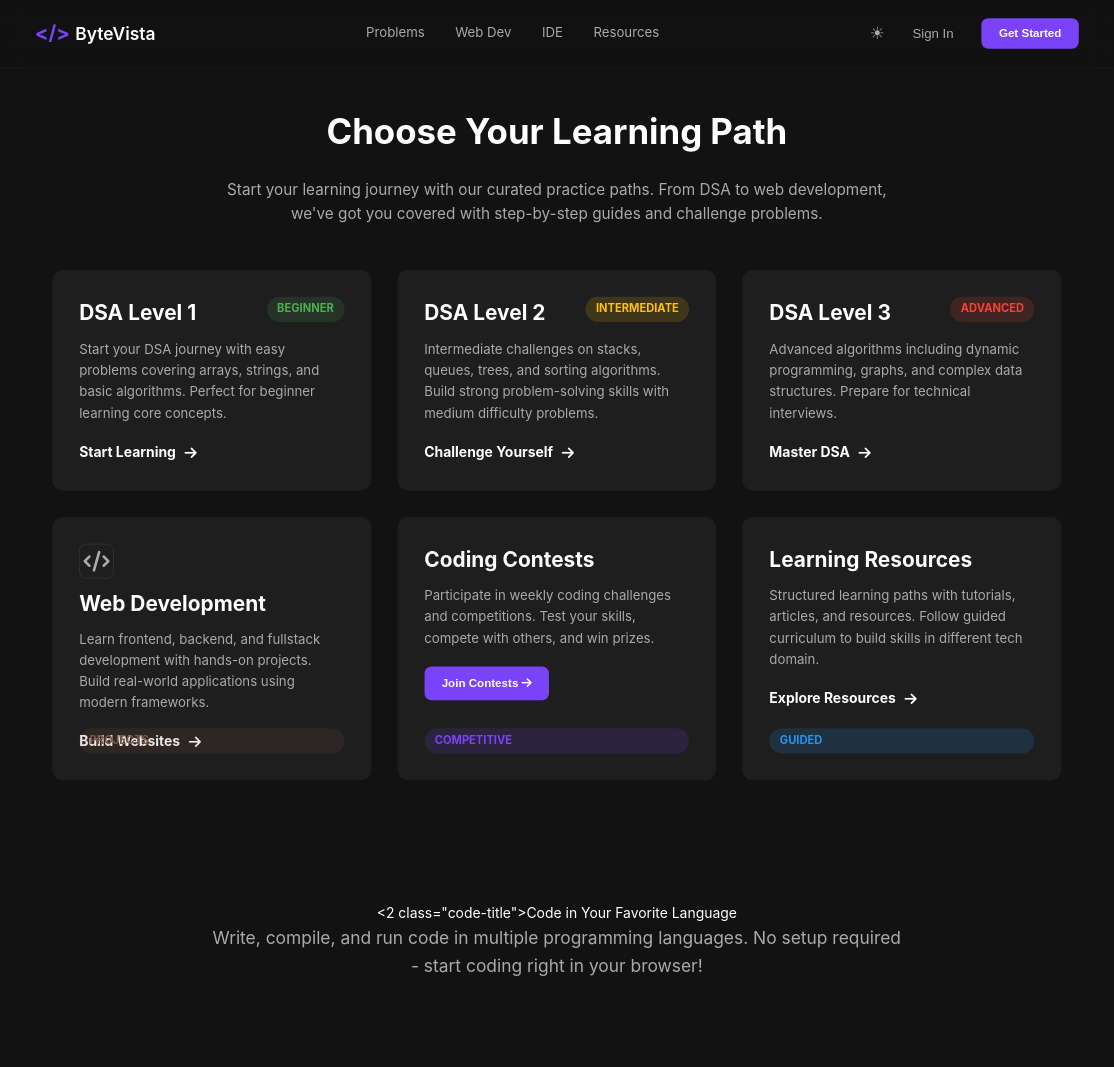
Repository: biswaranjansatapathy2005-lang/ByteVista
Page: frontend/course/course.html
The author's editor kept a copy of each file at every save. The page is drawn from the files as they stood at one save, then again after a run of saves.
The browser window is 1280 px wide. The pictures show the whole page, at 87% of full size.

Above is the page before, as saved 2025-12-13 03:18:03.

### frontend/course/course.html
<!DOCTYPE html>
<html lang="en">
<head>
    <meta charset="UTF-8">
    <meta name="viewport" content="width=device-width, initial-scale=1.0">
    <title>ByteVista-style Course Section</title>
    <link rel="stylesheet" href="course.css">
    <link rel="stylesheet" href="https://cdnjs.cloudflare.com/ajax/libs/font-awesome/6.0.0-beta3/css/all.min.css">
</head>
<body>
    <header class="main-header">
    <a href="#" class="brand-logo">
        <span class="logo-icon">&lt;/&gt;</span>
        <span class="logo-text">ByteVista</span>
    </a>

    <nav class="nav-links">
        <a href="#">Problems</a>
        <a href="#">Web Dev</a>
        <a href="#">IDE</a>
        <a href="#">Resources</a>
    </nav>

    <div class="user-actions">
        <button class="theme-toggle" aria-label="Toggle Theme">☀</button>
        <button class="sign-in">Sign In</button>
        <button class="get-started">Get Started</button>
    </div>
</header>

    <script>
    const header = document.querySelector('.main-header');

    window.addEventListener('scroll', () => {
        if (window.scrollY > 10) {
            header.classList.add('scrolled');
        } else {
            header.classList.remove('scrolled');
        }
    });
</script>


    <section class="learning-paths">
        <div class="container">
            <h2 class="section-title">Choose Your Learning Path</h2>
            <p class="section-subtitle">
                Start your learning journey with our curated practice paths. From DSA to web development,
                we've got you covered with step-by-step guides and challenge problems.
            </p>

            <div class="card-grid">
                <a href="#" class="card card-dsa-1">
                    <span class="tag tag-beginner">Beginner</span>
                    <div class="card-content">
                        <h3>DSA Level 1</h3>
                        <p>Start your DSA journey with easy problems covering arrays, strings, and basic algorithms. Perfect for beginner learning core concepts.</p>
                        <div class="card-link">
                            Start Learning <i class="fas fa-arrow-right"></i>
                        </div>
                    </div>
                </a>

                <a href="#" class="card card-dsa-2">
                    <span class="tag tag-intermediate">Intermediate</span>
                    <div class="card-content">
                        <h3>DSA Level 2</h3>
                        <p>Intermediate challenges on stacks, queues, trees, and sorting algorithms. Build strong problem-solving skills with medium difficulty problems.</p>
                        <div class="card-link">
                            Challenge Yourself <i class="fas fa-arrow-right"></i>
                        </div>
                    </div>
                </a>

                <a href="#" class="card card-dsa-3">
                    <span class="tag tag-advanced">Advanced</span>
                    <div class="card-content">
                        <h3>DSA Level 3</h3>
                        <p>Advanced algorithms including dynamic programming, graphs, and complex data structures. Prepare for technical interviews.</p>
                        <div class="card-link">
                            Master DSA <i class="fas fa-arrow-right"></i>
                        </div>
                    </div>
                </a>

                <a href="#" class="card card-web-dev">
                    <span class="icon-indicator"><i class="fas fa-code"></i></span>
                    <span class="tag tag-projects">Projects</span>
                    <div class="card-content">
                        <h3>Web Development</h3>
                        <p>Learn frontend, backend, and fullstack development with hands-on projects. Build real-world applications using modern frameworks.</p>
                        <div class="card-link">
                            Build Websites <i class="fas fa-arrow-right"></i>
                        </div>
                    </div>
                </a>

                <a href="#" class="card card-contests">
                    <span class="tag tag-competitive">Competitive</span>
                    <div class="card-content">
                        <h3>Coding Contests</h3>
                        <p>Participate in weekly coding challenges and competitions. Test your skills, compete with others, and win prizes.</p>
                        <button class="join-btn">Join Contests <i class="fas fa-arrow-right"></i></button>
                    </div>
                </a>

                <a href="#" class="card card-resources">
                    <span class="tag tag-guided">Guided</span>
                    <div class="card-content">
                        <h3>Learning Resources</h3>
                        <p>Structured learning paths with tutorials, articles, and resources. Follow guided curriculum to build skills in different tech domain.</p>
                        <div class="card-link">
                            Explore Resources <i class="fas fa-arrow-right"></i>
                        </div>
                    </div>
                </a>
            </div>
        </div>
    </section>

    <section class="code-section">
        <2 class="code-title">Code in Your Favorite Language</h2>
        <p class="code-subtitle">
            Write, compile, and run code in multiple programming languages. No setup required - start coding right in your browser!
        </p>
    </section>

    <script src="course.js"></script>
</body>
</html>

### frontend/course/course.css
/* Base Styles for Dark Theme */
:root {
    --color-background: #121212;
    --color-card-bg: #1e1e1e;
    --color-text-primary: #ffffff;
    --color-text-secondary: #aaaaaa;
    --color-accent-purple: #7b43f9;
    --color-border-subtle: #333333;
    --color-shadow: rgba(0, 0, 0, 0.4);

    /* Tag Colors */
    --tag-beginner-bg: rgba(76, 175, 80, 0.15);
    --tag-beginner-text: #4caf50;
    --tag-intermediate-bg: rgba(255, 193, 7, 0.15);
    --tag-intermediate-text: #ffc107;
    --tag-advanced-bg: rgba(244, 67, 54, 0.15);
    --tag-advanced-text: #f44336;
    --tag-projects-bg: rgba(121, 85, 72, 0.15);
    --tag-projects-text: #795548;
    --tag-competitive-bg: rgba(123, 67, 249, 0.15);
    --tag-competitive-text: #7b43f9;
    --tag-guided-bg: rgba(33, 150, 243, 0.15);
    --tag-guided-text: #2196f3;
}

* {
    margin: 0;
    padding: 0;
    box-sizing: border-box;
}

body {
    font-family: 'Inter', sans-serif;
    background: var(--color-background);
    color: var(--color-text-primary);
    min-height: 100vh;
    line-height: 1.6;
}

.container {
    max-width: 1200px;
    margin: 0 auto;
    padding: 0 20px;
}

/* ----------------------------------------------------
   GLASS NAVBAR (ByteVista-style)
---------------------------------------------------- */
.main-header {
    position: fixed;
    top: 0;
    left: 0;
    width: 100%;
    z-index: 999;

    display: flex;
    align-items: center;
    justify-content: space-between;

    padding: 20px 40px;

    background: rgba(18, 18, 18, 0.25);
    backdrop-filter: blur(12px);
    -webkit-backdrop-filter: blur(12px);

    border-bottom: 1px solid rgba(255, 255, 255, 0.05);

    transition:
        padding 0.25s ease,
        background 0.25s ease,
        border-color 0.25s ease,
        backdrop-filter 0.3s ease;
}

.main-header.scrolled {
    background: rgba(18, 18, 18, 0.55);
    backdrop-filter: blur(18px);
    -webkit-backdrop-filter: blur(18px);
    padding: 12px 40px;
    border-bottom: 1px solid rgba(255, 255, 255, 0.12);
}

/* Logo */
.brand-logo {
    display: flex;
    align-items: center;
    gap: 6px;
    text-decoration: none;
}

.logo-icon {
    font-size: 1.45rem;
    font-weight: 700;
    color: var(--color-accent-purple);
}

.logo-text {
    font-size: 1.25rem;
    font-weight: 600;
    color: var(--color-text-primary);
}

/* Nav Links */
.nav-links {
    display: flex;
    gap: 35px;
}

.nav-links a {
    text-decoration: none;
    color: var(--color-text-secondary);
    font-size: 0.95rem;
    transition: color 0.25s ease;
}

.nav-links a:hover {
    color: #ffffff;
}

/* Right Side Buttons */
.user-actions {
    display: flex;
    align-items: center;
    gap: 18px;
}

.theme-toggle {
    background: none;
    border: none;
    color: var(--color-text-secondary);
    font-size: 1.2rem;
    cursor: pointer;
}

.sign-in {
    background: none;
    border: none;
    color: var(--color-text-secondary);
    font-size: 0.95rem;
    cursor: pointer;
    padding: 8px 14px;
}

.get-started {
    background: var(--color-accent-purple);
    color: #fff;
    border: none;
    border-radius: 8px;
    padding: 10px 20px;
    cursor: pointer;
    font-weight: 600;
    transition: 0.25s ease;
}

.get-started:hover {
    background: #9c6eff;
}

/* ----------------------------------------------------
   Section Title
---------------------------------------------------- */
.learning-paths {
    padding: 120px 0 60px; /* Add space because navbar is fixed */
}

.section-title {
    text-align: center;
    font-size: 2.5rem;
    margin-bottom: 20px;
}

.section-subtitle {
    text-align: center;
    color: var(--color-text-secondary);
    max-width: 800px;
    margin: 0 auto 50px;
    font-size: 1.1rem;
}

/* ----------------------------------------------------
   CARD GRID
---------------------------------------------------- */
.card-grid {
    display: grid;
    grid-template-columns: repeat(3, 1fr);
    gap: 30px;
}

/* Card */
.card {
    display: block;
    text-decoration: none;
    background: var(--color-card-bg);
    border-radius: 12px;
    padding: 30px;
    color: var(--color-text-primary);
    position: relative;

    border: 1px solid var(--color-card-bg);
    transition: transform 0.3s ease, box-shadow 0.3s ease, border-color 0.3s ease;
}

.card:hover {
    transform: translateY(-5px);
    box-shadow: 0 15px 30px var(--color-shadow);
    border-color: var(--color-accent-purple);
}

.card h3 {
    font-size: 1.5rem;
    margin-bottom: 10px;
}

.card p {
    color: var(--color-text-secondary);
    margin-bottom: 20px;
    font-size: 0.95rem;
}

/* Tags */
.tag {
    position: absolute;
    top: 30px;
    right: 30px;
    padding: 4px 12px;
    font-size: 0.8rem;
    font-weight: bold;
    border-radius: 18px;
    text-transform: uppercase;
}

/* Levels */
.tag-beginner { background: var(--tag-beginner-bg); color: var(--tag-beginner-text); }
.tag-intermediate { background: var(--tag-intermediate-bg); color: var(--tag-intermediate-text); }
.tag-advanced { background: var(--tag-advanced-bg); color: var(--tag-advanced-text); }

/* Left-aligned tags */
.tag-projects, .tag-competitive, .tag-guided {
    left: 30px;
    bottom: 30px;
    top: auto;
    padding: 4px 12px;
}

.tag-projects { background: var(--tag-projects-bg); color: var(--tag-projects-text); }
.tag-competitive { background: var(--tag-competitive-bg); color: var(--tag-competitive-text); }
.tag-guided { background: var(--tag-guided-bg); color: var(--tag-guided-text); }

/* Card link */
.card-link {
    color: var(--color-text-primary);
    font-weight: bold;
    display: flex;
    align-items: center;
    gap: 10px;
    transition: 0.3s;
}

.card:hover .card-link { color: var(--color-accent-purple); }

.card-link i { transition: transform 0.3s; }

.card:hover .card-link i { transform: translateX(5px); }

/* Web Dev Icon */
.icon-indicator {
    position: absolute;
    top: 30px;
    left: 30px;
    width: 40px;
    height: 40px;

    font-size: 1.5rem;
    color: var(--color-text-secondary);

    border: 1px solid var(--color-border-subtle);
    border-radius: 8px;

    display: flex;
    align-items: center;
    justify-content: center;

    transition: 0.3s;
}

.card-web-dev:hover .icon-indicator {
    border-color: var(--color-accent-purple);
    color: var(--color-accent-purple);
}

.card-web-dev .card-content { margin-top: 50px; }

/* Contests Button */
.join-btn {
    background: var(--color-accent-purple);
    color: #fff;
    border: none;
    padding: 12px 20px;
    border-radius: 8px;
    cursor: pointer;
    font-weight: bold;
    transition: 0.3s ease;
}

.join-btn:hover {
    background: #9c6eff;
    transform: scale(1.02);
}

/* Code Section */
.code-section {
    text-align: center;
    padding: 80px 0 100px;
}

.code-title {
    font-size: 3rem;
    margin-bottom: 15px;
    background: linear-gradient(90deg, #7b43f9, #a06eff);
    background-clip: text;
    -webkit-text-fill-color: transparent;
}

.code-subtitle {
    font-size: 1.25rem;
    color: var(--color-text-secondary);
    max-width: 800px;
    margin: 0 auto;
}

### frontend/course/course.js
document.addEventListener('DOMContentLoaded', () => {
    const cards = document.querySelectorAll('.card');

    cards.forEach(card => {
        card.addEventListener('mousemove', handleMouseMove);
        card.addEventListener('mouseleave', handleMouseLeave);
    });
    // GLASS NAVBAR SCROLL EFFECT
const header = document.querySelector('.main-header');

window.addEventListener('scroll', () => {
    if (window.scrollY > 10) {
        header.classList.add('scrolled');
    } else {
        header.classList.remove('scrolled');
    }
});

    /**
     * Calculates and applies a subtle 3D tilt effect on mouse movement.
     * @param {MouseEvent} e - The mouse event object.
     */
    function handleMouseMove(e) {
        const card = e.currentTarget;
        const rect = card.getBoundingClientRect();

        // Get coordinates relative to the center of the card
        const x = e.clientX - rect.left - rect.width / 2;
        const y = e.clientY - rect.top - rect.height / 2;

        // Calculate rotation angles
        // The max tilt is set to 5 degrees for a subtle effect
        const rotateX = (-1 * (y / rect.height) * 5).toFixed(2);
        const rotateY = ((x / rect.width) * 5).toFixed(2);

        // Apply transform. The 'translateZ' makes it feel like it's lifting forward.
        card.style.transition = 'none'; // Disable transition for smooth real-time tilt
        card.style.transform = `perspective(1000px) rotateX(${rotateX}deg) rotateY(${rotateY}deg) scale(1.01)`;

        // Optional: Add a subtle inner shadow/glow based on position
        const shadowX = (x / rect.width) * 30;
        const shadowY = (y / rect.height) * 30;
        card.style.boxShadow = `
            ${-shadowX}px ${-shadowY}px 50px rgba(123, 67, 249, 0.3),
            0 15px 30px var(--color-shadow)
        `;
    }

    /**
     * Resets the card transform when the mouse leaves.
     * @param {MouseEvent} e - The mouse event object.
     */
    function handleMouseLeave(e) {
        const card = e.currentTarget;

        // Re-enable transition for smooth reset
        card.style.transition = 'transform 0.5s ease, box-shadow 0.5s ease, border-color 0.3s ease';

        // Reset transform and box-shadow to the initial CSS state
        card.style.transform = 'perspective(1000px) rotateX(0deg) rotateY(0deg) scale(1)';
        card.style.boxShadow = `0 15px 30px var(--color-shadow)`;
    }
});

After the next 2 saves:
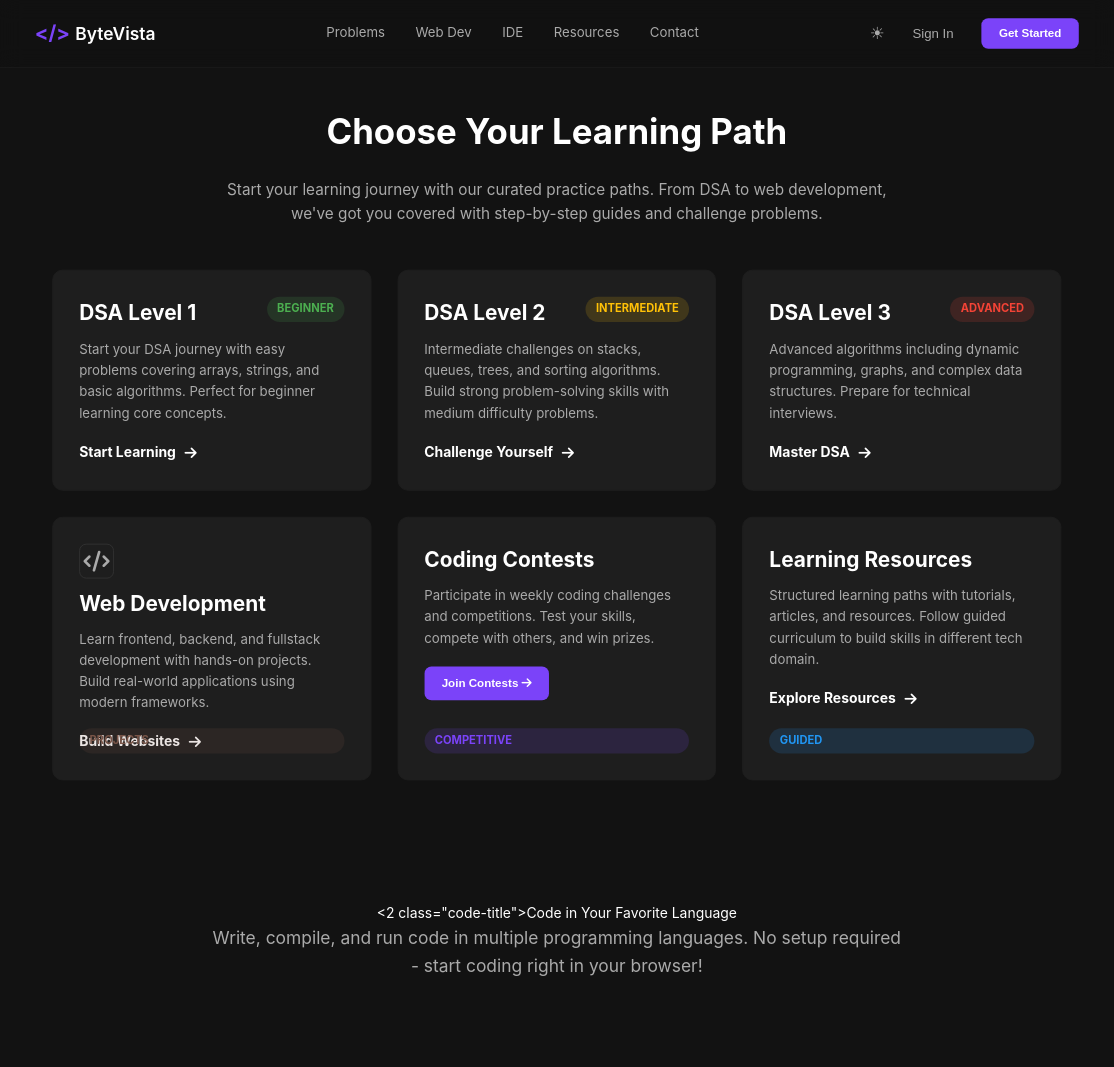
The 2 saves are shown as one change because they came seconds apart.
The last was saved 38 s later.
--- a/frontend/course/course.html
+++ b/frontend/course/course.html
@@ -19,6 +19,7 @@
         <a href="#">Web Dev</a>
         <a href="#">IDE</a>
         <a href="#">Resources</a>
+        <a href="#">Contact</a>
     </nav>
 
     <div class="user-actions">
